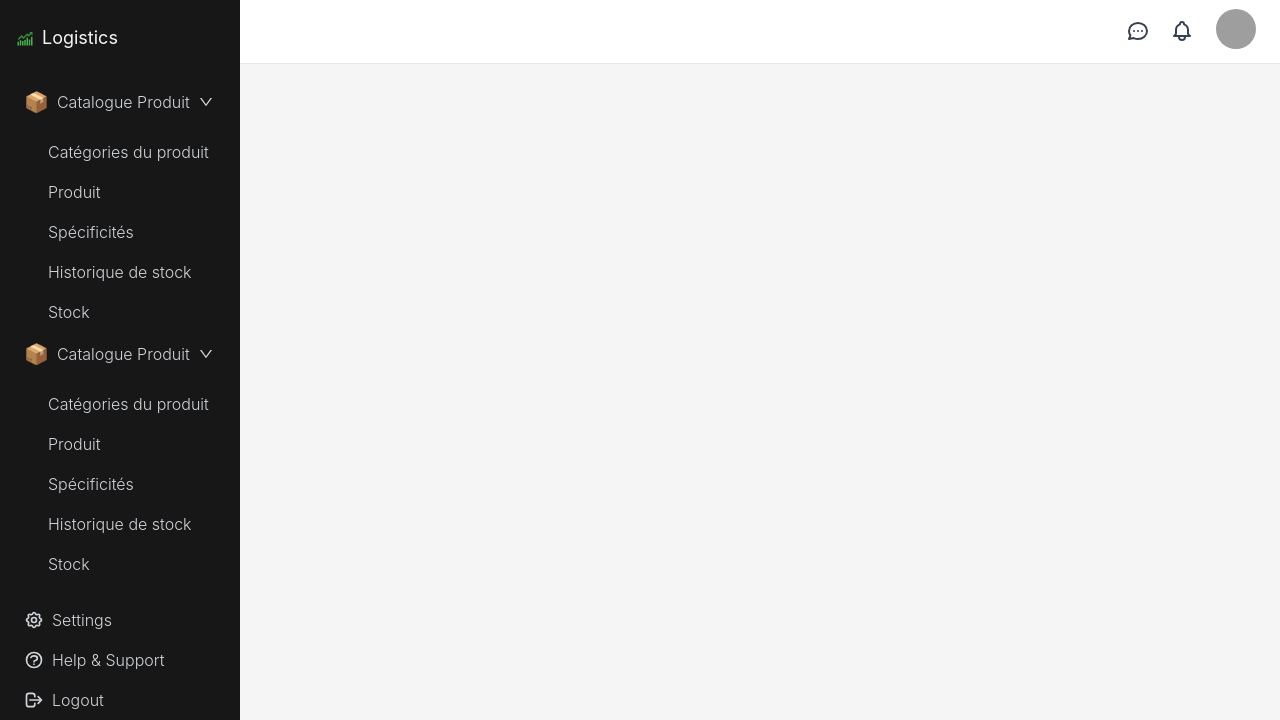
Repository: Mayar2222/Dashboard
Page: /, after clicking the first element matching `button.flex`
An editor plug-in stored every save of this project. The page is shown before and after a run of saves, followed by the edit.
The browser window is 1280 px wide. The pictures show the whole page.
Pictures or frames that could not be fetched are drawn as grey boxes. The project was rebuilt for these pictures with package versions that can differ from the ones it lists, and the page was loaded fresh each time. Also part of the build but not shown: src/components/CatalogueProduits.jsx, src/components/Categories.jsx.

Above is the page before, as saved 2024-07-28 17:03:41.

After the next 2 saves:
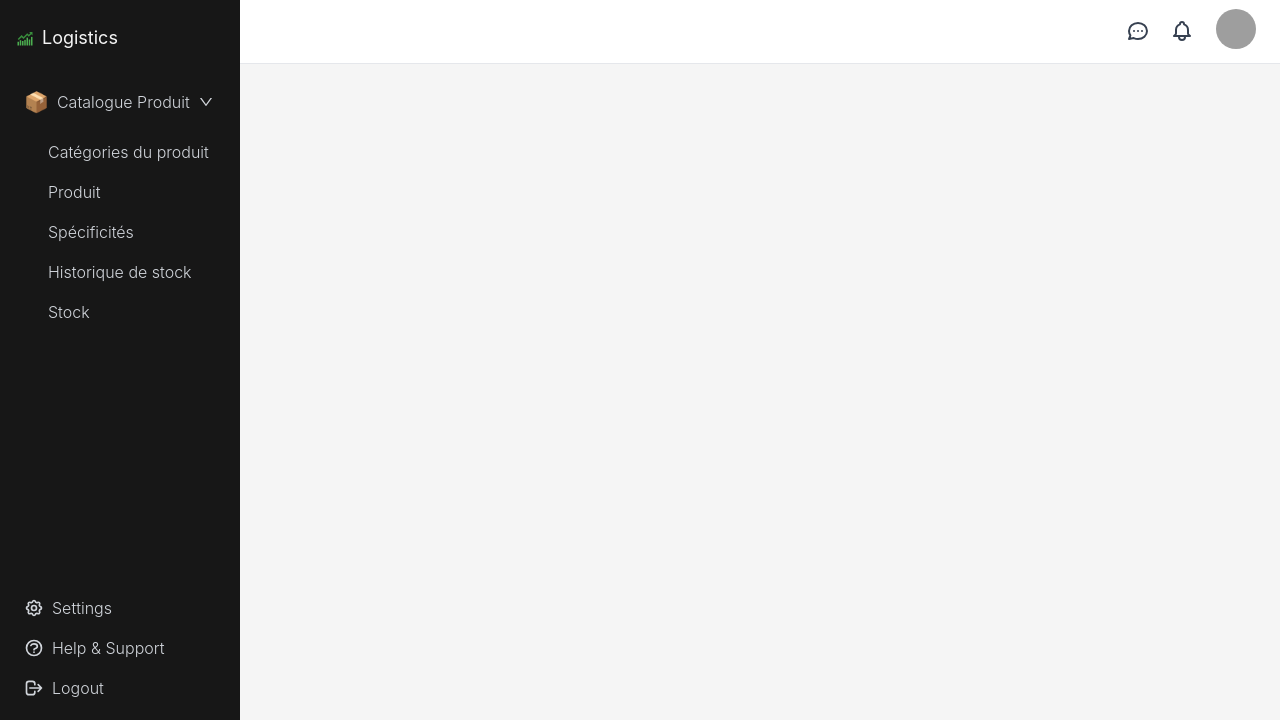
The 2 saves are shown as one change because they came seconds apart.
The last was saved 5 s later.
--- a/src/components/shared/Sidebar.jsx
+++ b/src/components/shared/Sidebar.jsx
@@ -52,33 +52,7 @@ export default function Sidebar() {
             </div>
           )}
         </div>
-        <div>
-          <button onClick={toggleCatalogue} className={linkClasses}>
-            <span className="text-xl">📦</span>
-            <span>Catalogue Produit</span>
-            {isCatalogueOpen ? <AiOutlineDown /> : <AiOutlineRight />}
-          </button>
-          {isCatalogueOpen && (
-            <div className="ml-6 mt-2">
 
-              <Link to="/categories" className={linkClasses}>
-                Catégories du produit
-              </Link>
-              <Link to="/produit" className={linkClasses}>
-                Produit
-              </Link>
-              <Link to="/spf" className={linkClasses}>
-              Spécificités
-              </Link>
-              <Link to="/historique" className={linkClasses}>
-              Historique de stock
-              </Link>
-              <Link to="/stock" className={linkClasses}>
-              Stock
-              </Link>
-            </div>
-          )}
-        </div>
         {DASHBOARD_SIDEBAR_LINKS.filter(link => link.label !== "Catalogue Produit").map(({ key, path, icon, label }) => (
           <Link
             key={key}
